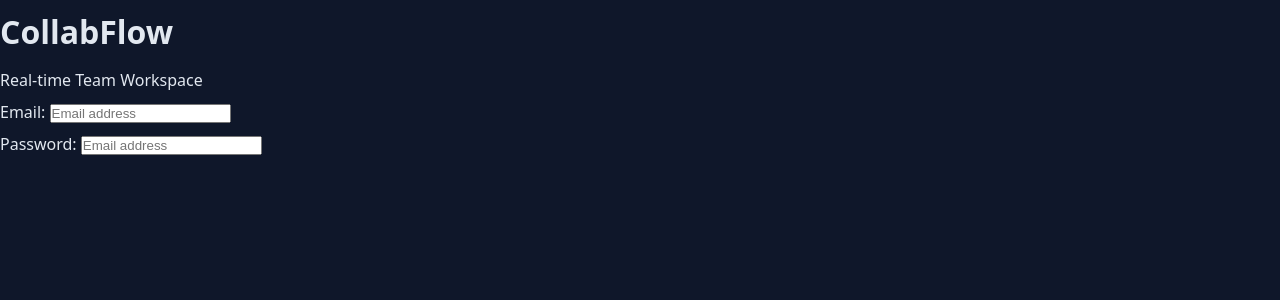
Repository: Lovethrech/collabflow
Page: /
These files come from the project's save history. The page is drawn as it stood at one moment and after the next save; the edit follows.
The browser window is 1280 px wide. The pictures show the whole page.
The project was rebuilt for these pictures with package versions that can differ from the ones it lists, and the page was loaded fresh each time. The framework's server and built-in components were replaced by stand-ins that run in the browser. Also part of the build but not shown: nuxt.config.ts.

Above is the page before, as saved 2026-05-20 19:13:38.

### app/assets/css/main.css
:root {
    --primary: #6366f1;
    --primary-dark: #4f46e5;
    --bg: #0f172a;
    --card: #1e2937;
    --card-hover: #334155;
    --text: #e2e8f0;
    --text-light: #94a3b8;
    --border: #475569;
}

* {
    margin: 0;
    padding: 0;
    box-sizing: border-box;
    outline: 0;
    text-decoration: none;
}

body {
    font-family: system-ui, -apple-system, BlinkMacSystemFont, 'Segoe UI', Roboto, sans-serif;
    background-color: var(--bg);
    color: var(--text);
    line-height: 2;
}

.container {
    max-width: 1280px;
    margin: 0 auto;
    padding: 0 20px;
}

/* Basic button styles */
.btn {
    padding: 10px 20px;
    border: none;
    border-radius: 8px;
    font-weight: 600;
    cursor: pointer;
    transition: all 0.2s;
}

.btn-primary {
    background: var(--primary);
    color: white;
}

.btn-primary:hover {
    background: var(--primary-dark);
}

### app/app.vue
<script setup>
useHead({
  meta: [
    { name: 'viewport', content: 'width=device-width, initial-scale=1' }
  ],
  link: [
    { rel: 'icon', href: '/favicon.ico' }
  ],
  htmlAttrs: {
    lang: 'en'
  }
})

const title = 'Chel CollabFlow'
const description = ''

useSeoMeta({
  title,
  description,
  ogTitle: title,
  ogDescription: description,
  ogImage: 'https://ui.nuxt.com/assets/templates/nuxt/starter-light.png',
  twitterCard: 'summary_large_image'
})
</script>

<template>
  <div id="app">
      <main>
        <NuxtPage />
      </main>
  </div>
</template>

### app/pages/index.vue
<script setup>
const title = 'Auth | Chel CollabFlow'
const description = ''

useSeoMeta({
    title,
    description
})
</script>

<template>
    <div class="auth-page">
        <div class="auth-card">
            <h1>CollabFlow</h1>
            <p class="title-desc">
                Real-time Team Workspace
            </p>
            <form @submit.prevent="">
                <div class="auth-form-label-and-input-ctn">
                    <label for="email">
                        Email:
                    </label>
                    <input
                        v-model="email"
                        type="email"
                        placeholder="Email address"
                        requires
                    />
                </div>
                <div class="auth-form-label-and-input-ctn">
                    <label for="password">
                        Password:
                    </label>
                    <input
                        v-model="password"
                        type="password"
                        placeholder="Email address"
                        requires
                    />
                </div>
            </form>
        </div>
    </div>
</template>

After the next save:
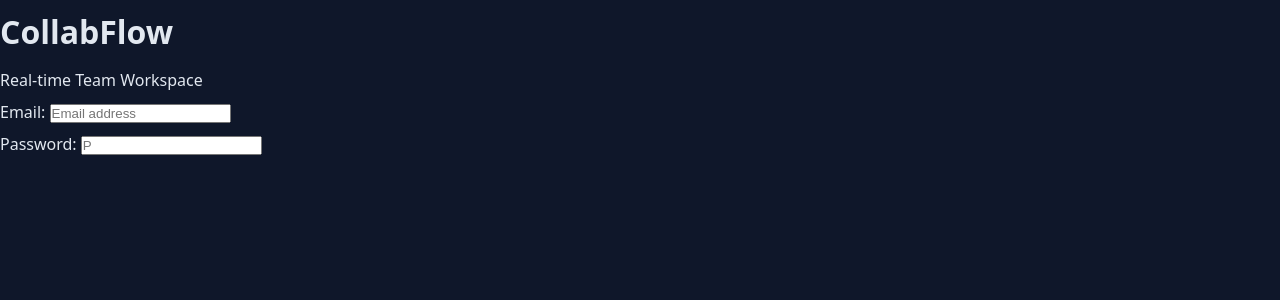
Saved 9 s later.
--- a/app/pages/index.vue
+++ b/app/pages/index.vue
@@ -34,7 +34,7 @@
                     <input
                         v-model="password"
                         type="password"
-                        placeholder="Email address"
+                        placeholder="P"
                         requires
                     />
                 </div>
